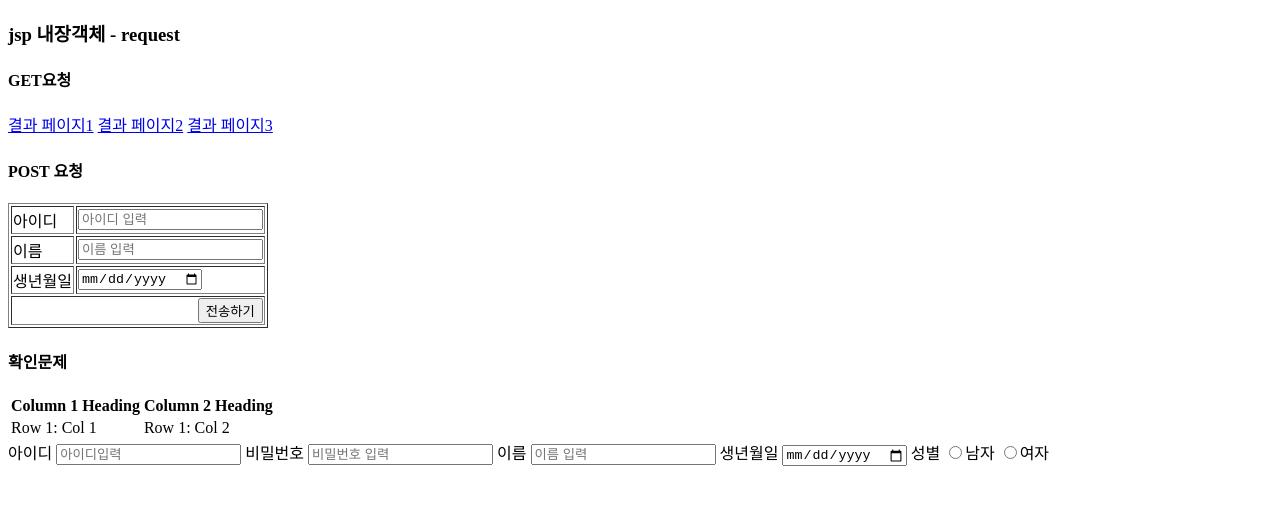
Repository: 2017112847/Jsp
Page: http://localhost/ch03/1_request.jsp
An editor plug-in stored every save of this project. The page is shown before and after the next save, followed by the edit.
The browser window is 1280 px wide. The pictures show the whole page.
The page is served by Tomcat 9.

Above is the page before, as saved 2025-07-28 05:08:05.

After the next save:
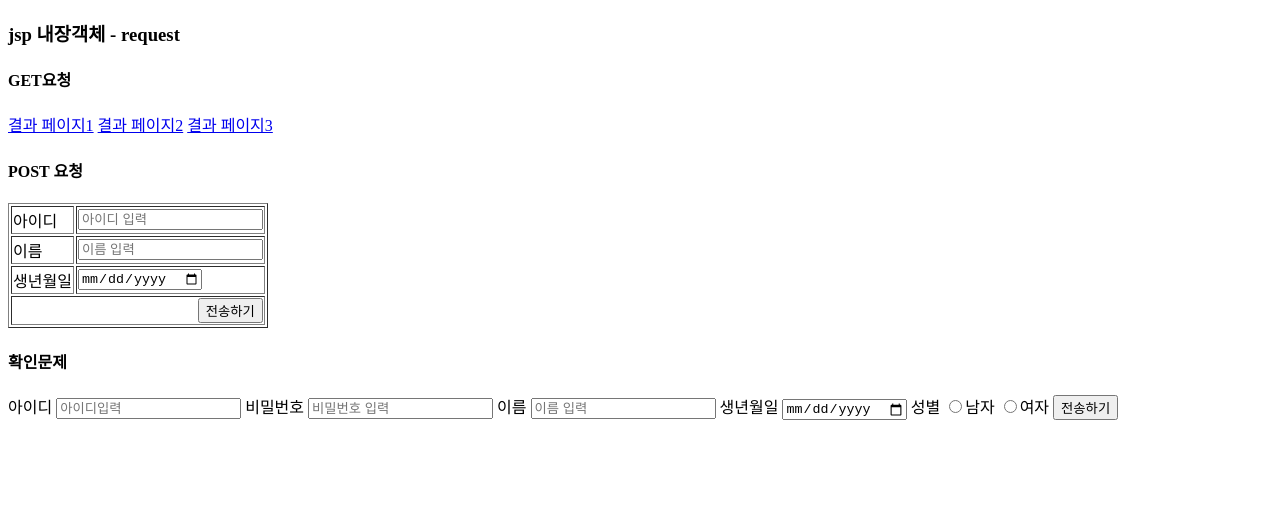
Saved 2 min 40 s later.
--- a/ch03/src/main/webapp/1_request.jsp
+++ b/ch03/src/main/webapp/1_request.jsp
@@ -53,15 +53,7 @@
 </form>
 <h4>확인문제</h4>
 <from action = "">
-	<table>
-  <tr>
-    <th>Column 1 Heading</th>
-    <th>Column 2 Heading</th>
-  </tr>
-  <tr>
-    <td>Row 1: Col 1</td>
-    <td>Row 1: Col 2</td>
-  </tr>
+
 </table border = "1">
 	<tr>
 		<td>아이디</td>
@@ -81,12 +73,17 @@
 	</tr>
 	<tr>
 		<td>성별</td>
-		<td><input type = "radio" name="gneder" value = "M"/>남자
-		<td><input type = "radio" name="gneder" value = "F"/>여자
+		<td>
+		<label></label><input type = "radio" name="gneder" value = "M"/>남자</label>
+		<label></label><input type = "radio" name="gneder" value = "F"/>여자</label>
 		</td>
 	</tr>
-
-
+	<tr>
+	<td colspan = "2" align = "right">
+	<input type = "submit" value = "전송하기">
+	</td>
+	</tr>
+</table>
 
 </from>
 
